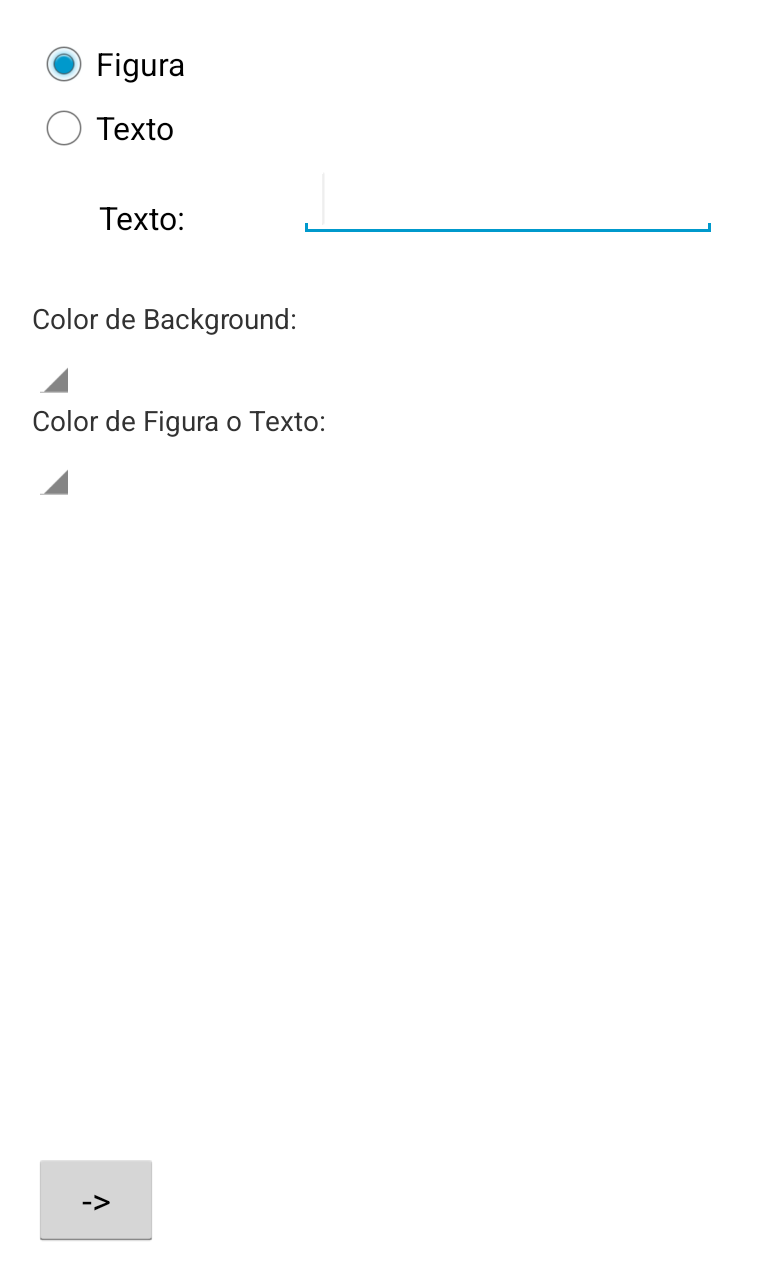
Repository: Anrai/android-app
Layout: Ejercicios/res/layout/activity_main.xml
An editor plug-in stored every save of this project. The layout is shown before and after the next save, followed by the edit.
It is drawn on a 768 x 1280 px phone screen (xhdpi) without system bars, with theme AppTheme; the app's code is not run. The app's manifest (not shown) leaves right-to-left support off. So textAlignment, textDirection and layoutDirection are ignored, and left and right values win over start and end ones.

Above is the layout before, as saved 2014-05-08 01:39:20.

### Ejercicios/res/layout/activity_main.xml
<RelativeLayout xmlns:android="http://schemas.android.com/apk/res/android"
    xmlns:tools="http://schemas.android.com/tools"
    android:layout_width="match_parent"
    android:layout_height="match_parent"
    android:paddingBottom="@dimen/activity_vertical_margin"
    android:paddingLeft="@dimen/activity_horizontal_margin"
    android:paddingRight="@dimen/activity_horizontal_margin"
    android:paddingTop="@dimen/activity_vertical_margin"
    tools:context=".MainActivity" >

    <RadioGroup
        android:id="@+id/radioGroup1"
        android:layout_width="wrap_content"
        android:layout_height="wrap_content"
        android:layout_alignParentLeft="true"
        android:layout_alignParentTop="true" >

        <RadioButton
            android:id="@+id/figura"
            android:layout_width="wrap_content"
            android:layout_height="wrap_content"
            android:checked="true"
            android:text="Figura" />

        <RadioButton
            android:id="@+id/texto"
            android:layout_width="wrap_content"
            android:layout_height="wrap_content"
            android:text="Texto" />
    </RadioGroup>

    <EditText
        android:id="@+id/textoEscrito"
        android:layout_width="wrap_content"
        android:layout_height="wrap_content"
        android:layout_below="@+id/radioGroup1"
        android:layout_marginLeft="56dp"
        android:layout_toRightOf="@+id/radioGroup1"
        android:ems="10" >

        <requestFocus />
    </EditText>

    <CheckedTextView
        android:id="@+id/checkedTextView1"
        android:layout_width="wrap_content"
        android:layout_height="wrap_content"
        android:layout_alignBottom="@+id/textoEscrito"
        android:layout_alignRight="@+id/radioGroup1"
        android:text="Texto:" />

    <Button
        android:id="@+id/enviar"
        android:layout_width="wrap_content"
        android:layout_height="wrap_content"
        android:layout_alignParentBottom="true"
        android:layout_alignParentLeft="true"
        android:onClick="enviar"
        android:text="->" />

    <TextView
        android:id="@+id/textView1"
        android:layout_width="wrap_content"
        android:layout_height="wrap_content"
        android:layout_alignLeft="@+id/radioGroup1"
        android:layout_below="@+id/checkedTextView1"
        android:layout_marginTop="30dp"
        android:text="Color de Background:" />

    <Spinner
        android:id="@+id/background"
        android:layout_width="wrap_content"
        android:layout_height="wrap_content"
        android:layout_alignLeft="@+id/radioGroup1"
        android:layout_below="@+id/textView1" />

    <TextView
        android:id="@+id/textView2"
        android:layout_width="wrap_content"
        android:layout_height="wrap_content"
        android:layout_alignLeft="@+id/radioGroup1"
        android:layout_below="@+id/background"
        android:text="Color de Figura o Texto:" />

    <Spinner
        android:id="@+id/color"
        android:layout_width="wrap_content"
        android:layout_height="wrap_content"
        android:layout_alignLeft="@+id/radioGroup1"
        android:layout_below="@+id/textView2" />

</RelativeLayout>

Loaded but not shown: Ejercicios/res/values/styles.xml (common file); Ejercicios/res/values-v11/styles.xml (common file); Ejercicios/res/values-v14/styles.xml (common file); Ejercicios/res/values/dimens.xml (common file)

After the next save:
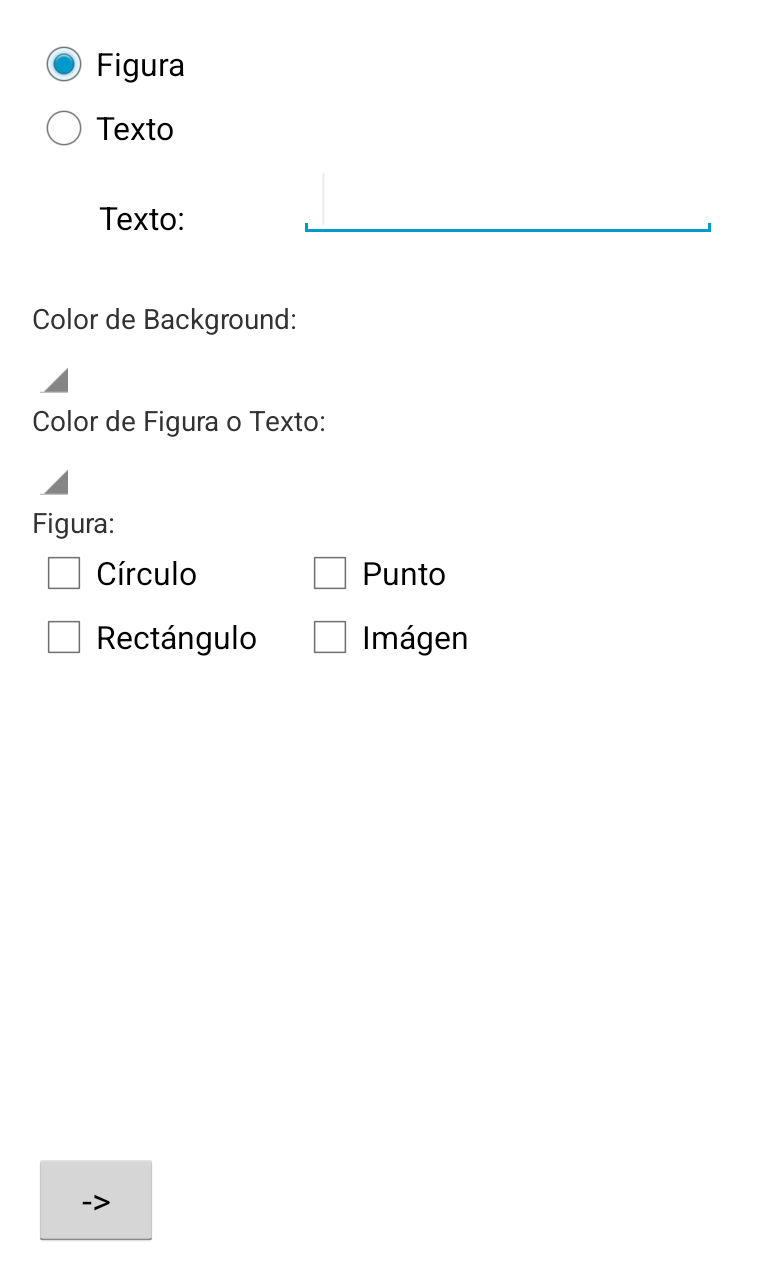
Saved 7 min 13 s later.
--- a/Ejercicios/res/layout/activity_main.xml
+++ b/Ejercicios/res/layout/activity_main.xml
@@ -89,4 +89,48 @@
         android:layout_alignLeft="@+id/radioGroup1"
         android:layout_below="@+id/textView2" />
 
+    <TextView
+        android:id="@+id/textView3"
+        android:layout_width="wrap_content"
+        android:layout_height="wrap_content"
+        android:layout_alignLeft="@+id/color"
+        android:layout_below="@+id/color"
+        android:text="Figura:" />
+
+    <CheckBox
+        android:id="@+id/figCirculo"
+        android:layout_width="wrap_content"
+        android:layout_height="wrap_content"
+        android:layout_alignLeft="@+id/textView3"
+        android:layout_below="@+id/textView3"
+        android:freezesText="false"
+        android:gravity="center_vertical|start"
+        android:text="Círculo" />
+
+    <CheckBox
+        android:id="@+id/figRectangulo"
+        android:layout_width="wrap_content"
+        android:layout_height="wrap_content"
+        android:layout_alignLeft="@+id/figCirculo"
+        android:layout_below="@+id/figCirculo"
+        android:text="Rectángulo" />
+
+    <CheckBox
+        android:id="@+id/figPunto"
+        android:layout_width="wrap_content"
+        android:layout_height="wrap_content"
+        android:layout_alignBaseline="@+id/figCirculo"
+        android:layout_alignBottom="@+id/figCirculo"
+        android:layout_toRightOf="@+id/textView1"
+        android:text="Punto" />
+
+    <CheckBox
+        android:id="@+id/figImagen"
+        android:layout_width="wrap_content"
+        android:layout_height="wrap_content"
+        android:layout_alignBaseline="@+id/figRectangulo"
+        android:layout_alignBottom="@+id/figRectangulo"
+        android:layout_alignLeft="@+id/figPunto"
+        android:text="Imágen" />
+
 </RelativeLayout>
